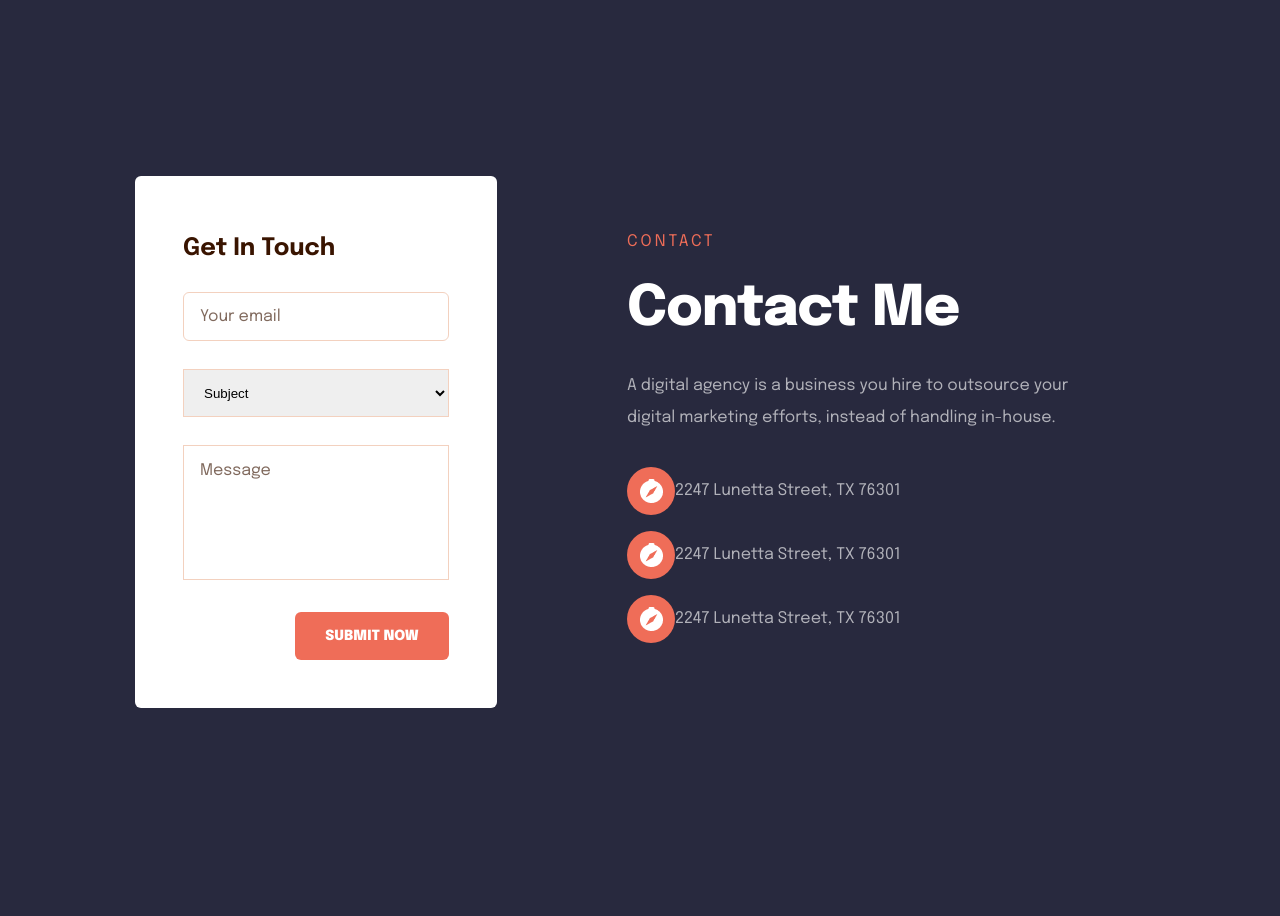
Repository: simralgasimov/contact-me
Page: index.html
The author's editor kept a copy of each file at every save. The page is drawn from the files as they stood at one save, then again after the next save.
The browser window is 1280 px wide. The pictures show the whole page.

Above is the page before, as saved 2023-10-04 13:44:05.

### index.html
<!DOCTYPE html>
<html lang="en">
  <head>
    <meta charset="UTF-8" />
    <meta name="viewport" content="width=device-width, initial-scale=1.0" />
    <title>Document</title>
    <link rel="stylesheet" href="./index.css" />
  </head>
  <body>
    <div class="container">
        <form action="">
          <p>Get In Touch</p>
          <label for="">
            <input type="email" placeholder="Your email" />
          </label>

          <label for="subject">
            <select name="" id="subject">
              <option value="subject">Subject</option>
              <option value="subject">Subject</option>
              <option value="subject">Subject</option>
            </select>
          </label>

          <label for="">
            <textarea name=""  placeholder="Message" id=""></textarea>
            <!-- <input type="textarea" name="" id="" /> -->
          </label>
          <button>Submit Now</button>
        </form>


      <div class="contact-me">
        <h1>Contact</h1>
        <h2>Contact Me</h2>
        <p>
          A digital agency is a business you hire to outsource your digital
          marketing efforts, instead of handling in-house.
        </p>
        <ul>
          <li>
            <div class="cirycle">
              <img src="./img/Shape.png" alt="" />
            </div>
            <p>2247 Lunetta Street, TX 76301</p>

          </li>
          <li>
            <div class="cirycle">
              <img src="./img/Shape.png" alt="" />
            </div>
            <p>2247 Lunetta Street, TX 76301</p>

          </li>
          <li>
            <div class="cirycle">
              <img src="./img/Shape.png" alt="" />
            </div>
            <p>2247 Lunetta Street, TX 76301</p>

          </li>
        </ul>

      </div>
    </div>
  </body>
</html>

### index.css
@import url("https://fonts.googleapis.com/css2?family=Epilogue:wght@400;700;800;900&display=swap");
* {
  margin: 0;
  padding: 0;
  box-sizing: border-box;
}

.container {
  padding: 176px 135px 208px 135px;
  background: #28293e;
  display: flex;
  align-items: center;
  /* justify-content: space-between; */
}

.container form p {
  margin-bottom: 27px;
  color: var(--Text_Dark, #391400);
  font-feature-settings: "clig" off, "liga" off;

  font-family: Epilogue;
  font-size: 24px;
  font-style: normal;
  font-weight: 700;
  line-height: 32px;
}

.container form {
  width: 570px;
  margin-right: 130px;
  padding: 57px 48px 48px 48px;
  border-radius: 6px;
  background: #fff;
}

.container input {
  padding: 16px;
  border-radius: 6px;
  border: 1px solid #f3d1bf;
  background: #fff;
}
.container input::placeholder,
.container textarea::placeholder {
  color: var(--Text_Dark_Gray, rgba(57, 20, 0, 0.64));
  font-feature-settings: "clig" off, "liga" off;
  font-family: Epilogue;
  font-size: 16px;
  font-style: normal;
  font-weight: 400;
  line-height: 32px;
}

.container form label {
  display: block;
  margin-bottom: 28px;
}

.container input,
.container textarea,
.container select {
  width: 100%;
  border: 1px solid #f3d1bf;
}
.container input [type="email"] {
  height: 48px;
}

.container select {
  height: 48px;
  padding: 0 16px;
}

.container textarea {
  height: 135px;
  padding: 9px 16px;
  resize: none;
}

.container form button {
  width: 154px;
  height: 48px;
  border-radius: 6px;
  background: #ef6d58;
  border: none;
  float: right;

  text-decoration: none;
  color: #fff;
  text-align: center;
  font-family: Epilogue;
  font-size: 14px;
  font-style: normal;
  font-weight: 900;
  line-height: normal;
  text-transform: uppercase;
}



.container .contact-me h1 {
  margin-bottom: 20px;
  width: 86px;
  color: var(--Text_Light_Accent, #ef6d58);
  font-feature-settings: "clig" off, "liga" off;
  font-family: Epilogue;
  font-size: 16px;
  font-style: normal;
  font-weight: 400;
  line-height: 32px;
  letter-spacing: 3px;
  text-transform: uppercase;
}

.container .contact-me h2 {
  margin-bottom: 28px;
  width: 334px;
  color: var(--Text_Light, #fff);
  font-feature-settings: "clig" off, "liga" off;
  font-family: Epilogue;
  font-size: 56px;
  font-style: normal;
  font-weight: 800;
  line-height: 64px;
  letter-spacing: -1px;
}

.container .contact-me p {
  /* margin-bottom: 33px; */
  width: 470px;
  color: var(--Text_Light_Gray, rgba(255, 255, 255, 0.64));
  font-feature-settings: "clig" off, "liga" off;

  font-family: Epilogue;
  font-size: 16px;
  font-style: normal;
  font-weight: 400;
  line-height: 32px;
}

.container .contact-me .cirycle {
  /* position: relative; */
  width: 48px;
  height: 48px;
  background-color: #ef6d58;
  border-radius: 50%;
  display: flex;
  justify-content: center;
  align-items: center;
}


.container .contact-me .cirycle p {
  /* display: flex;
  justify-content: center;
  align-items: center;
  align-content: center; */
  /* margin-left: 90px; */

  width: 283px;
  color: var(--Text_Light, #fff);
  font-feature-settings: "clig" off, "liga" off;

  font-family: Epilogue;
  font-size: 20px;
  font-style: normal;
  font-weight: 400;
  line-height: 32px;
}
.container ul{
  margin-top: 33px;
}
.container ul li{
  margin-bottom: 16px;
  list-style-type: none;
  display: flex;
  align-items: center;
}

After the next save:
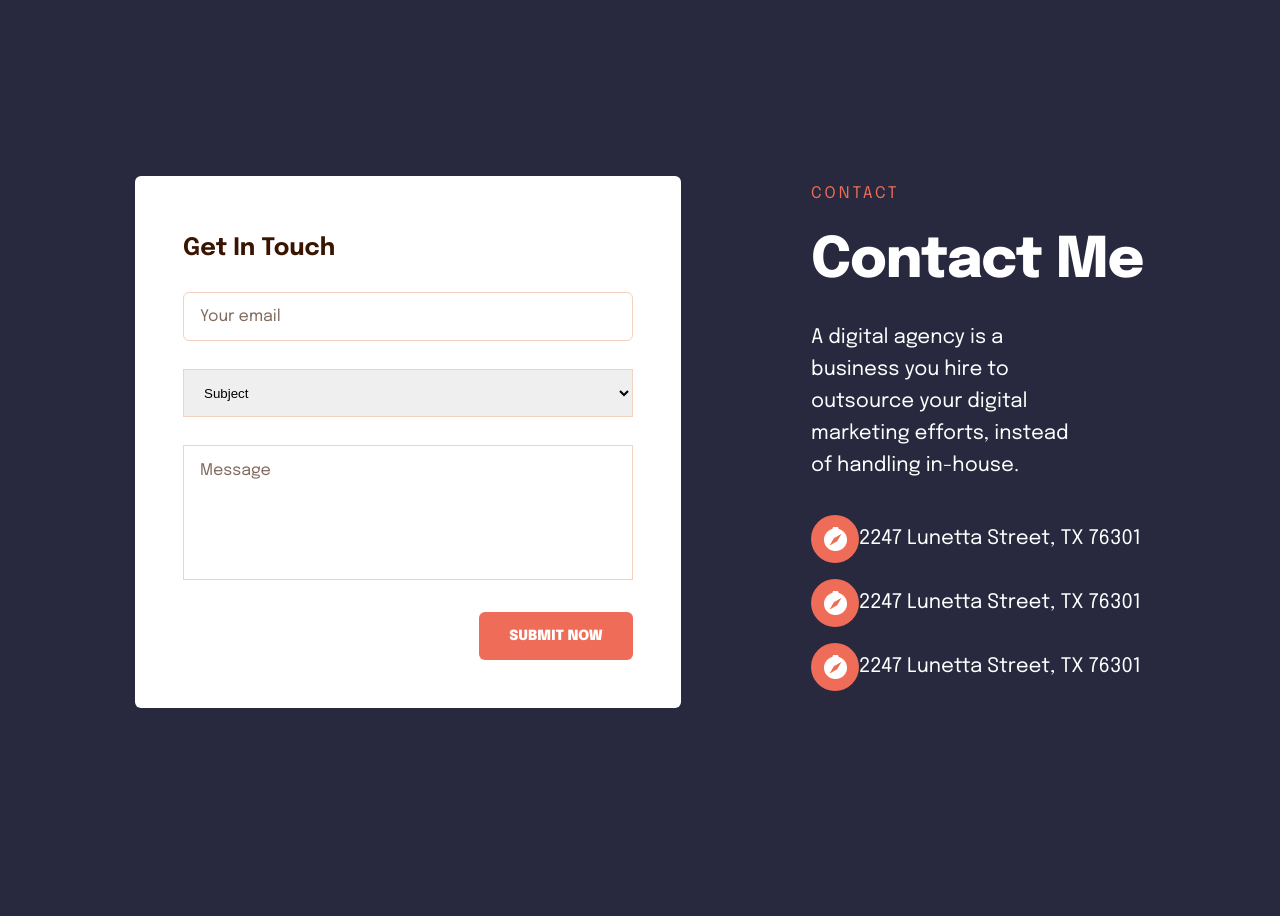
Saved 5 s later.
--- a/index.css
+++ b/index.css
@@ -149,7 +149,7 @@
 }
 
 
-.container .contact-me .cirycle p {
+.container .contact-me  p {
   /* display: flex;
   justify-content: center;
   align-items: center;
